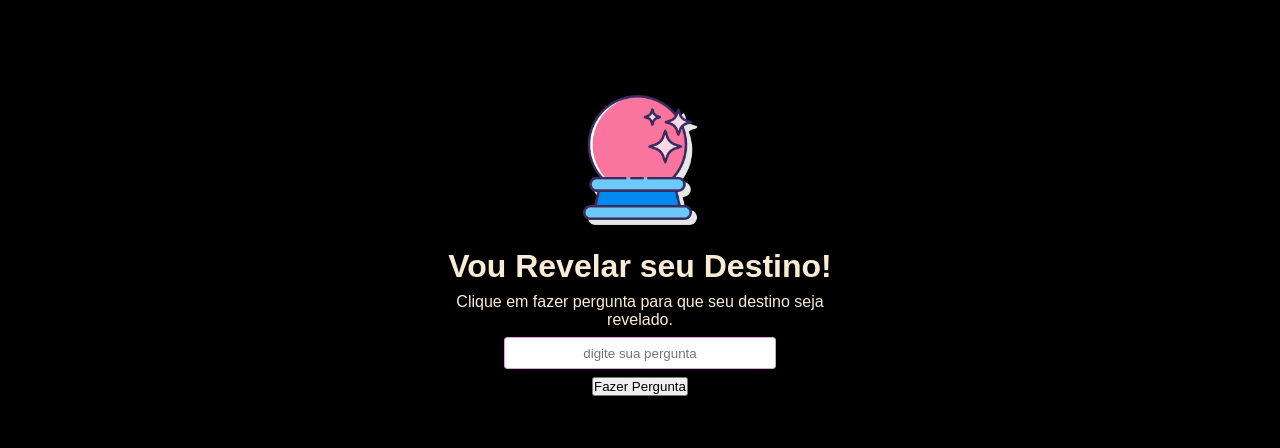
Repository: guilhermecardoso93/nlwexplorer
Page: index.html
These files come from the project's save history. The page is drawn as it stood at one moment and after the next save; the edit follows.
The browser window is 1280 px wide. The pictures show the whole page.

Above is the page before, as saved 2022-06-08 23:45:18.

### index.html
<!DOCTYPE html>
<html lang="pt-br">
  <head>
    <meta charset="UTF-8" />
    <meta http-equiv="X-UA-Compatible" content="IE=edge" />
    <meta name="viewport" content="width=device-width, initial-scale=1.0" />
    <link rel="stylesheet" href="./styles.css" />
    <title>NLW Explorer</title>
  </head>
  <body>
    <div class="principal">
      <img
        src="./cristalball.png"
        alt="Imagem de uma bola de cristal"
        id="cristalBallImg"
      />
      <h1>Vou Revelar seu Destino!</h1>
      <p>Clique em fazer pergunta para que seu destino seja revelado.</p>
      <input type="text" placeholder="digite sua pergunta" />
      <button>Fazer Pergunta</button>
    </div>
  </body>
  <script src="./script.js"></script>
</html>

### styles.css
* {
  margin: 0;
  padding: 0;
  box-sizing: border-box;
}
body {
  margin: auto;
  background-color: black;
  color: antiquewhite;
  text-align: center;
  font-family: sans-serif;
}

#cristalBallImg {
  width: 10rem;
}

.principal {
  display: flex;
  flex-direction: column;
  margin: auto;
  margin-top: 5rem;
  max-width: 400px;
  width: 80%;
  align-items: center;
  gap: 0.5rem;
}

.principal input {
  width: 17rem;
  height: 2rem;
  text-align: center;

  border: 1px solid plum;
  border-radius: 0.2rem;
}

.principal input:hover {
  border: 2px double pink;
}

Loaded but not shown: script.js (no stored copy; drawn as an empty file)

After the next save:
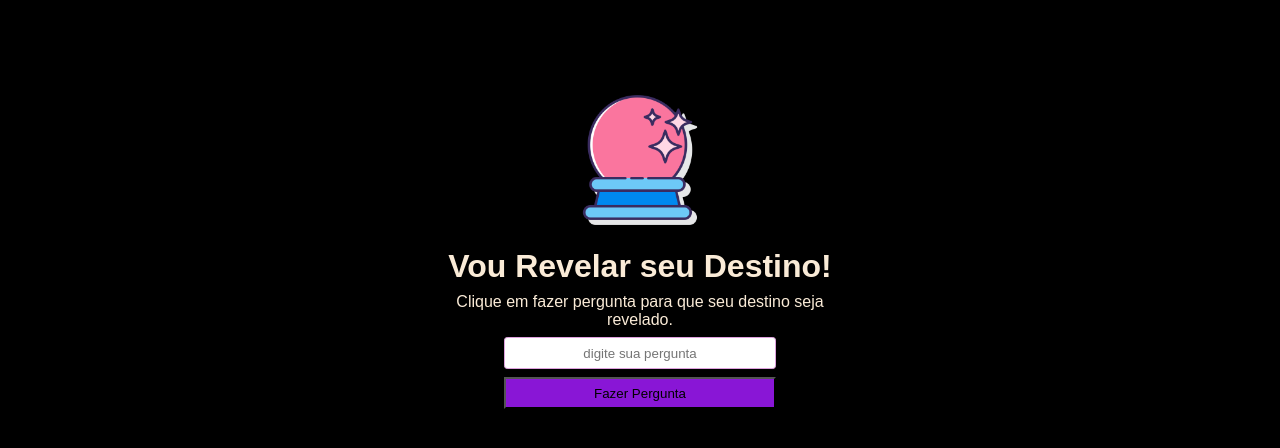
Saved 37 s later.
--- a/styles.css
+++ b/styles.css
@@ -38,3 +38,10 @@ body {
 .principal input:hover {
   border: 2px double pink;
 }
+
+button{
+  width: 17rem;
+  height: 2rem;
+  text-align: center;
+  background-color: rgb(137, 22, 214);
+}
